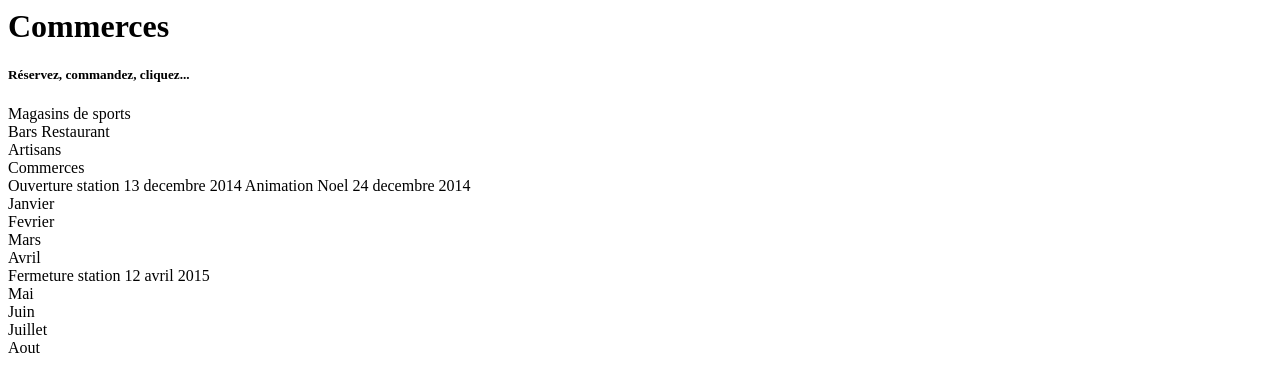
Repository: numericgraphics/Rosiere_Service
Page: www/templates/commerces.html
The author's editor kept a record of every edit. The page is drawn from the files as they stood at one moment, then again after the next edit.
The browser window is 1280 px wide. The pictures show the whole page.

Above is the page before.

After the next edit:
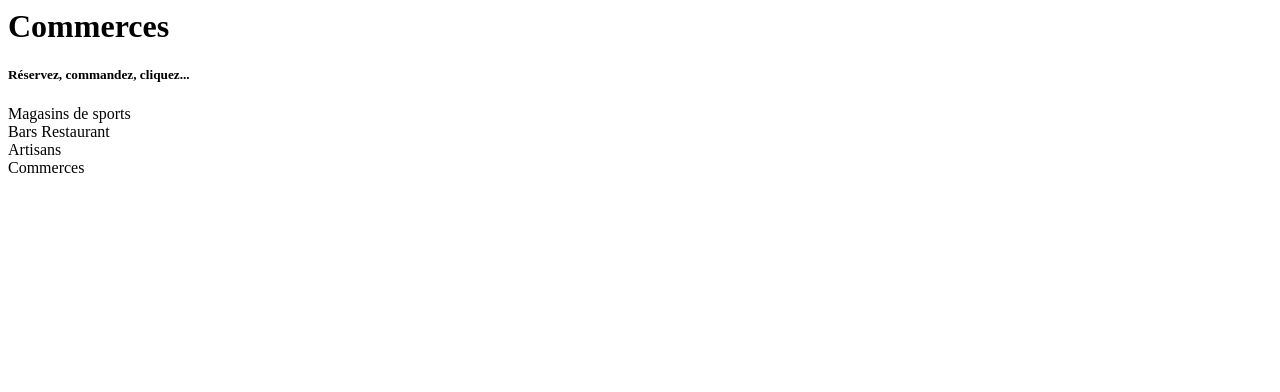
The edit:
--- a/www/templates/commerces.html
+++ b/www/templates/commerces.html
@@ -19,48 +19,7 @@
           <div class="item item-divider">
             Commerces
           </div>
-          <a class="item" ng-click="openModal('opening')">
-            Ouverture station
-            <span class="item-note">
-              13 decembre 2014
-            </span>
-          </a>
-          <a class="item" ng-click="openModal('noel')">
-            Animation Noel
-            <span class="item-note">
-              24 decembre 2014
-            </span>
-          </a>
-          <div class="item item-divider">
-            Janvier
-          </div>
-          <div class="item item-divider">
-            Fevrier
-          </div>
-          <div class="item item-divider">
-            Mars
-          </div>
-          <div class="item item-divider">
-            Avril
-          </div>
-          <a class="item" ng-click="openModal('closing')">
-            Fermeture station
-            <span class="item-note">
-              12 avril 2015
-            </span>
-          </a>
-          <div class="item item-divider">
-            Mai
-          </div>
-          <div class="item item-divider">
-            Juin
-          </div>
-          <div class="item item-divider">
-            Juillet
-          </div>
-          <div class="item item-divider">
-            Aout
-          </div>
+
 
 
 
